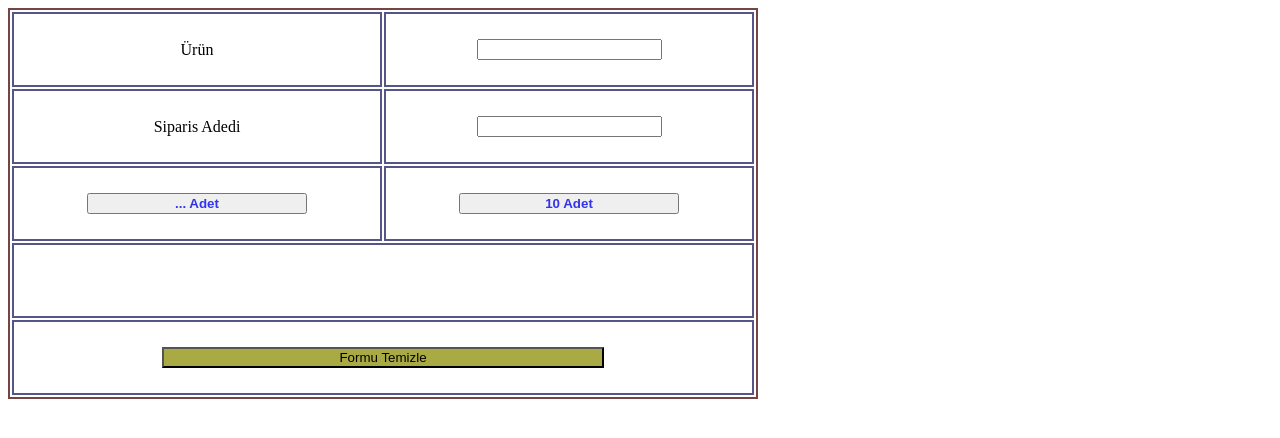
Repository: emrebolukbas/.js-Training-Tobeto
Page: 3-Siparis/public/Siparis.html
An editor plug-in stored every save of this project. The page is shown before and after the next save, followed by the edit.
The browser window is 1280 px wide. The pictures show the whole page.

Above is the page before, as saved 2023-10-08 12:35:36.

### 3-Siparis/public/Siparis.html
<!DOCTYPE html>
<html>
<head>
	<meta charset="UTF-8">
	<title> 3- Siparis 1.0 </title>
	<script type="text/javascript" src="Siparis.js"></script>
	<link rel="stylesheet" href="Siparis.css">
</head>
<body>

	<table class="table-1">
		<tr class="tr-1">
			<td>
				Ürün
			</td>
			<td>
				<input id="input-1" type="text">
			</td>
		</tr>
		<tr class="tr-1">
			<td>
				Siparis Adedi
			</td>
			<td>
				<input id="input-2" type="text">
			</td>
		</tr>
		<tr class="tr-2">
			<td class="td-1">
				<button class="button-1" onclick="adetSiparis()"> ... Adet </button>
			</td>
			<td class="td-1">
				<button class="button-1" onclick="onSiparis()"> 10 Adet </button>
			</td>
		</tr>
		<tr class="tr-2">
			<td colspan="2">
				<p id="p-1"></p>
			</td>
		</tr>
		<tr class="tr-2">
			<td colspan="2">
				<button class="button-2" id="button-3" onclick="temizle()"> Formu Temizle </button>
			</td>
		</tr>

	</table>

</body>
</html>

### 3-Siparis/public/Siparis.css
@charset "UTF-8";

table.table-1 {
	table-layout: fixed;
	width: 750px;
	border: solid 2px #744;
}

tr.tr-1 {
	height: 75px;
	text-align: center;
}

/* Çizelgenin ikinci tür satırları için Css stilli */

tr.tr-2 {
	text-align: center;
	height: 75px;
}

td {
	border: solid 2px #558;
}

td.td-1 {
	text-align: center;
}

button.button-1 {
	width: 220px;
	color: #33e;
	font-weight: 900;
}

button.button-2 {
	background-color: #aa4;
	width: 60%;
}

Loaded but not shown: 3-Siparis/public/Siparis.js (common file)

After the next save:
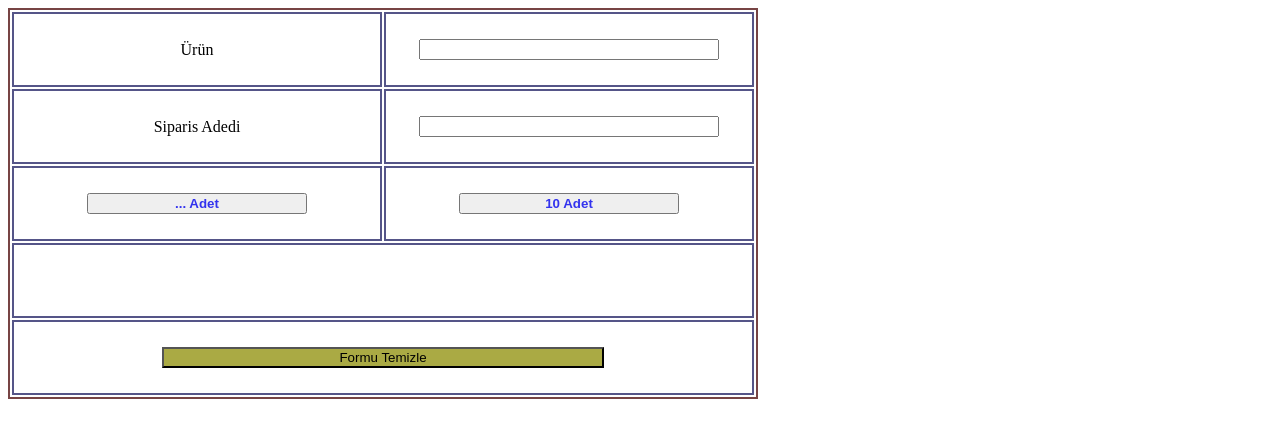
Saved 47 s later.
--- a/3-Siparis/public/Siparis.css
+++ b/3-Siparis/public/Siparis.css
@@ -9,6 +9,9 @@ table.table-1 {
 tr.tr-1 {
 	height: 75px;
 	text-align: center;
+}
+tr.tr-1 input {
+	width: 80%;
 }
 
 /* Çizelgenin ikinci tür satırları için Css stilli */
